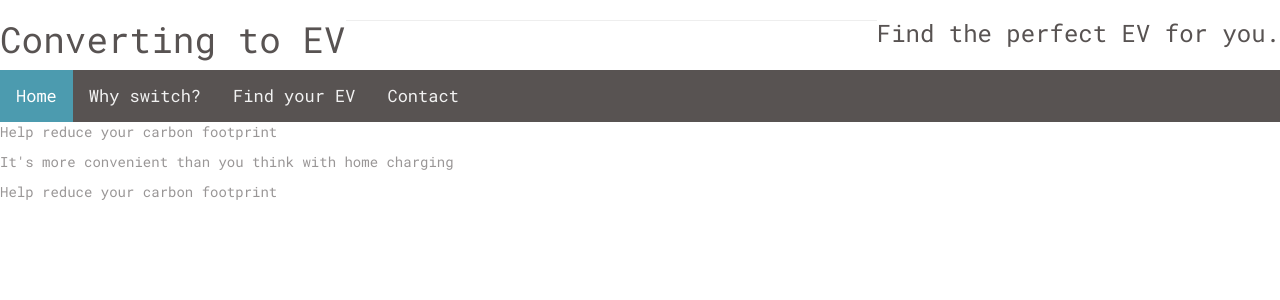
Repository: gnisco/project-2
Page: index.html
The author's editor kept a record of every edit. The page is drawn from the files as they stood at one moment, then again after the next edit.
The browser window is 1280 px wide. The pictures show the whole page.
Some web libraries are served in a nearby version.

Above is the page before.

After the next edit:
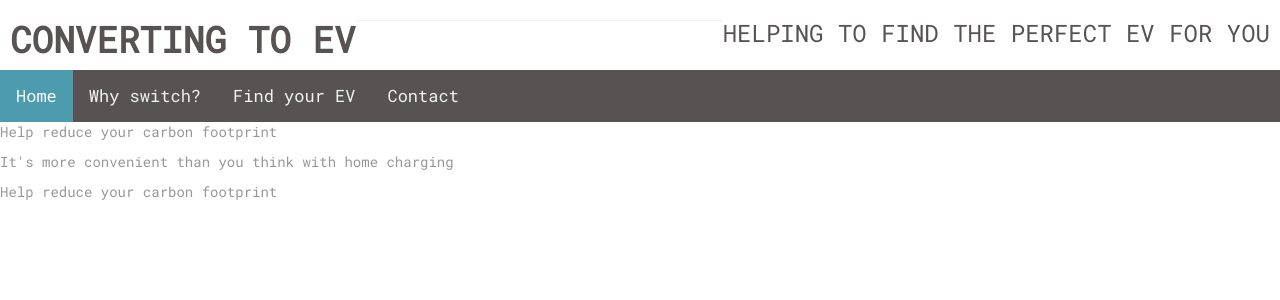
The edit:
--- a/index.html
+++ b/index.html
@@ -14,8 +14,8 @@
         <div class="col">
             <div class="row bg-color-name-title">
                 <div style="clear: both">
-                    <h1 style="float: left">Converting to EV</h1>
-                    <h3 style="float: right">Find the perfect EV for you.</h3>
+                    <h1 class="title" style="float: left">Converting to EV</h1>
+                    <h3 class="sub-title hidden-sm hidden-xs" style="float: right">Helping to find the perfect EV for you</h3>
                 </div>
                 <hr />
             </div>
